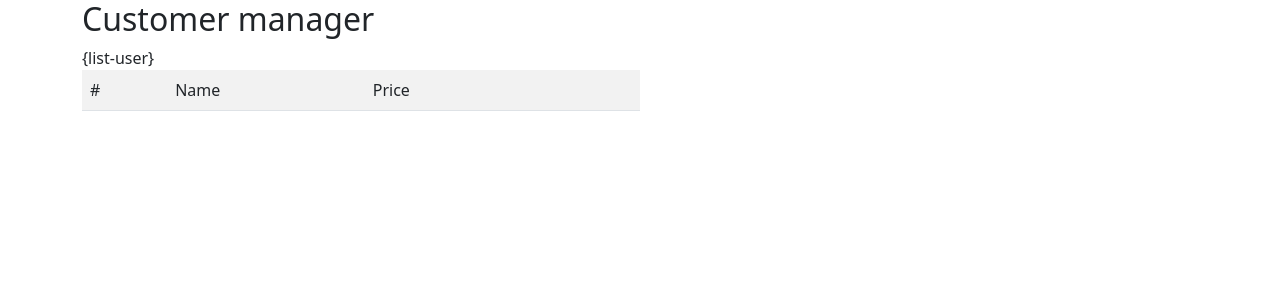
Repository: nguyenhung50497/MD3_thaoTacVoiFile
Page: BT_productManager2/templates/addProduct.html
These files come from the project's save history. The page is drawn as it stood at one moment and after the next save; the edit follows.
The browser window is 1280 px wide. The pictures show the whole page.
Some web libraries are served in a nearby version.

Above is the page before, as saved 2022-12-14 15:38:20.

### BT_productManager2/templates/addProduct.html
<!DOCTYPE html>
<html lang="en">
<head>
    <meta charset="UTF-8">
    <title>Customer manager</title>
    <link href="https://cdn.jsdelivr.net/npm/bootstrap@5.1.3/dist/css/bootstrap.min.css" rel="stylesheet" crossorigin="anonymous">
</head>
<body>
<div class="container">
    <div class="col-6">
        <h2>Customer manager</h2>
        <table class="table table-striped">
            <tr>
                <td>#</td>
                <td>Name</td>
                <td>Price</td>
                <td></td>
                <td></td>
            </tr>
            {list-user}
        </table>

    </div>

</div>
<script src="https://cdn.jsdelivr.net/npm/@popperjs/core@2.10.2/dist/umd/popper.min.js" integrity="sha384-7+zCNj/IqJ95wo16oMtfsKbZ9ccEh31eOz1HGyDuCQ6wgnyJNSYdrPa03rtR1zdB" crossorigin="anonymous"></script>
<script src="https://cdn.jsdelivr.net/npm/bootstrap@5.1.3/dist/js/bootstrap.min.js" integrity="sha384-QJHtvGhmr9XOIpI6YVutG+2QOK9T+ZnN4kzFN1RtK3zEFEIsxhlmWl5/YESvpZ13" crossorigin="anonymous"></script>
</body>
</html>

After the next save:
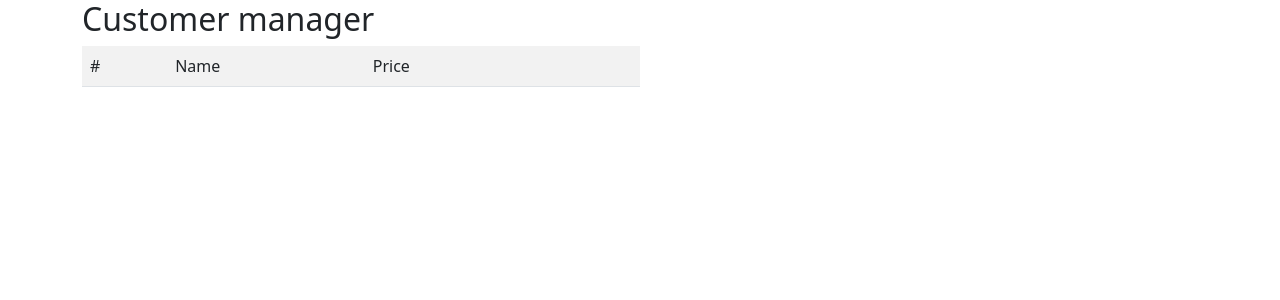
Saved 9 s later.
--- a/BT_productManager2/templates/addProduct.html
+++ b/BT_productManager2/templates/addProduct.html
@@ -17,7 +17,7 @@
                 <td></td>
                 <td></td>
             </tr>
-            {list-user}
+
         </table>
 
     </div>
